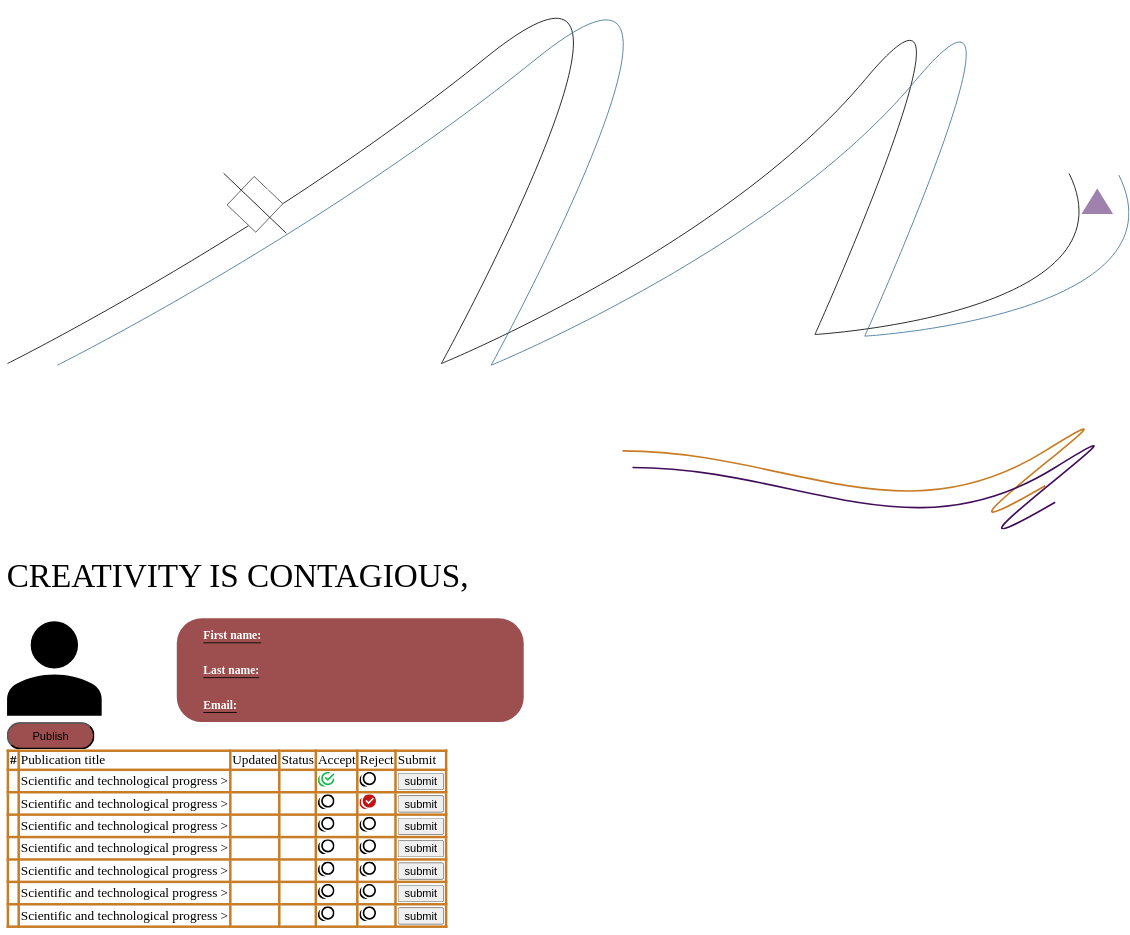
Repository: ceo-of-albeni/articles
Page: /
The author's editor kept a copy of each file at every save. The page is drawn from the files as they stood at one save, then again after the next save.
The browser window is 1280 px wide. The page is 1361 px wide, so the pictures cover 1361 px, including what lies to the right of the window. The pictures show the whole page, at 83% of full size.
The project was rebuilt for these pictures with package versions that can differ from the ones it lists, and the page was loaded fresh each time.

Above is the page before, as saved 2023-05-14 22:32:52.

After the next save:
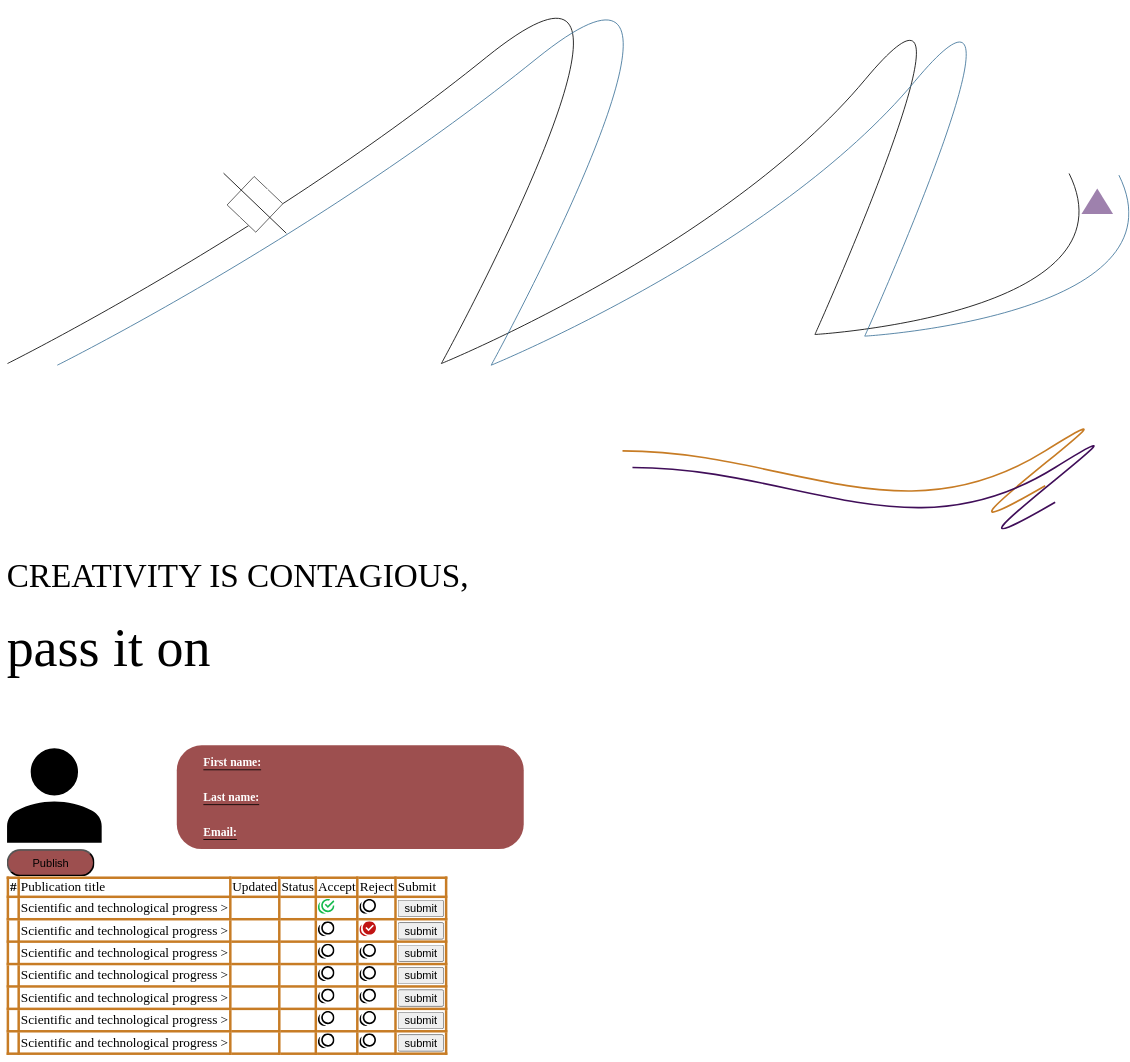
Saved 5 s later.
--- a/src/reviewer's profil/reveiwer.jsx
+++ b/src/reviewer's profil/reveiwer.jsx
@@ -18,7 +18,7 @@ export default function Reviewer() {
                     </svg>
                 </div>
                 <div className="reviewer_thema">
-                    <p className="upper ">CREATIVITY IS CONTAGIOUS,</p>
+                    <p className="upper ">CREATIVITY IS CONTAGIOUS,  <p className="lower">pass it on</p></p>
                 </div>
                 <div className="reviewer_user">
                     <div className="user_logo">
